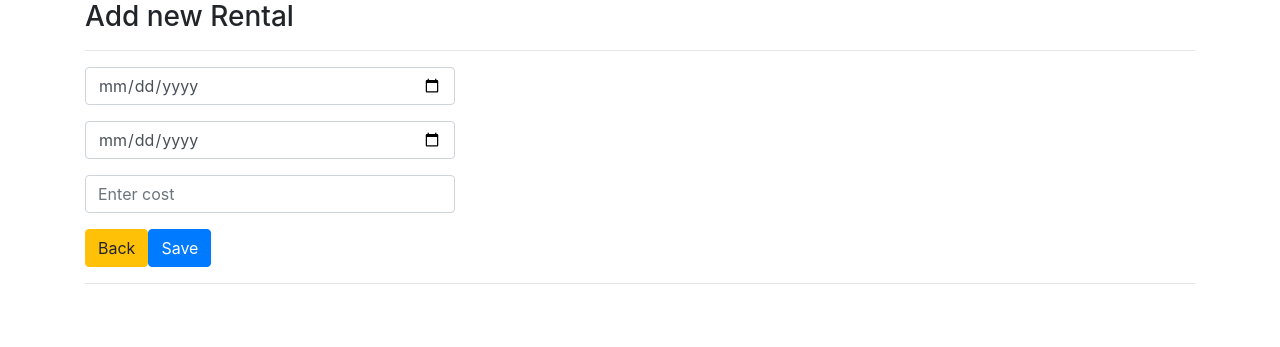
Repository: messimacky/Movie-Rental-System-Front-End
Page: /add-rental
These files come from the project's save history. The page is drawn as it stood at one moment and after the next save; the edit follows.
The browser window is 1280 px wide. The pictures show the whole page.
The project was rebuilt for these pictures with package versions that can differ from the ones it lists, and the page was loaded fresh each time. Also part of the build but not shown: src/services/movie.service.js, src/components/AddMovie.js, src/components/MoviesList.js, src/components/NotFound.js, src/components/login/Login.js, src/services/customer.service.js, src/components/AddCustomer.js, src/components/CustomerList.js and 5 more.

Above is the page before, as saved 2022-05-13 15:46:42.

After the next save:
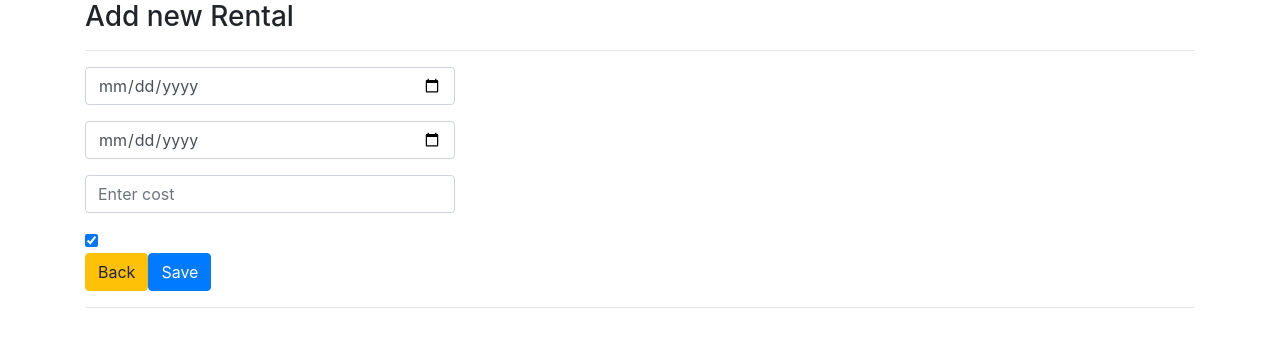
Saved 2 min 7 s later.
--- a/src/components/AddRental.js
+++ b/src/components/AddRental.js
@@ -116,7 +116,7 @@
                         placeholder="Enter cost"
                     />
                 </div>
-
+                <div><input type="checkbox" checked={true} name="controlled"></input></div>
 
 
 

After the save that followed:
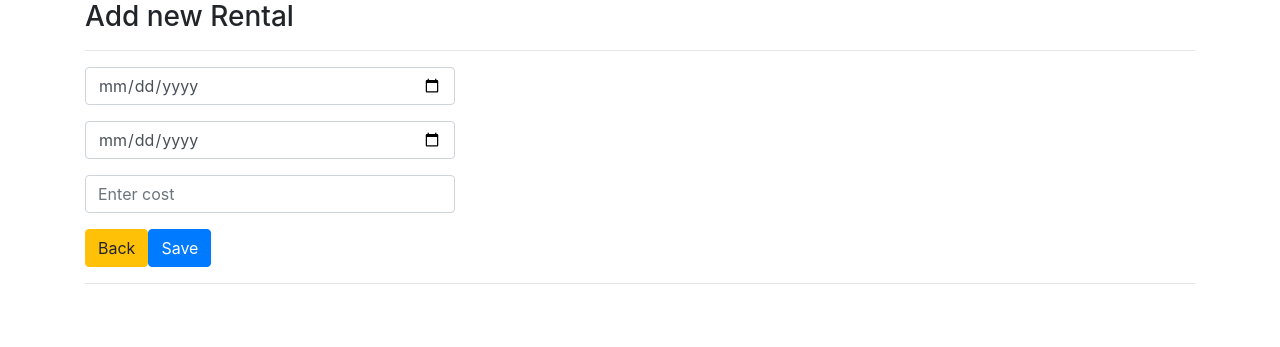
Saved 46 s later.
--- a/src/components/AddRental.js
+++ b/src/components/AddRental.js
@@ -116,7 +116,7 @@
                         placeholder="Enter cost"
                     />
                 </div>
-                <div><input type="checkbox" checked={true} name="controlled"></input></div>
+
 
 
 
